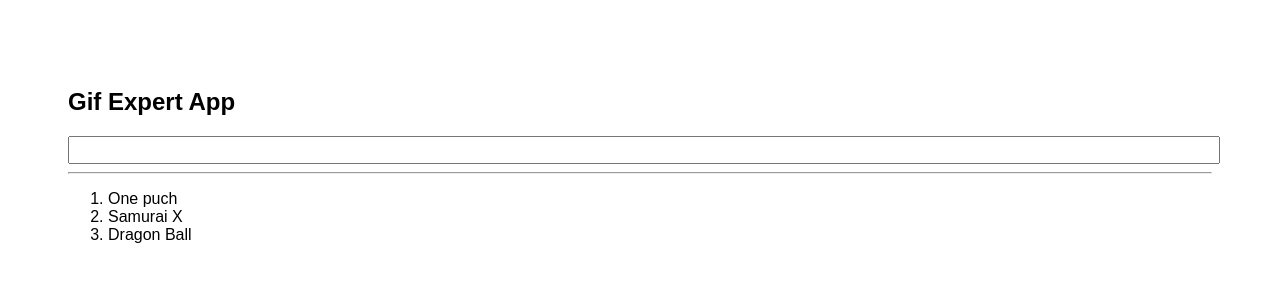
Repository: ppfeliuu/gifs-app
Page: /
These files come from the project's save history. The page is drawn as it stood at one moment and after the next save; the edit follows.
The browser window is 1280 px wide. The pictures show the whole page.
The project was rebuilt for these pictures with package versions that can differ from the ones it lists, and the page was loaded fresh each time.

Above is the page before, as saved 2021-05-26 09:41:47.

### src/index.js
import React from "react";
import ReactDOM from "react-dom";
import GifExpertApp from "./GifExpertApp";
import "./index.css";

ReactDOM.render(
  <GifExpertApp />,

  document.getElementById("root")
);

### src/GifExpertApp.js
import React, { useState } from "react";
import AddCategory from "./components/AddCategory";

export const GifExpertApp = () => {
  const [categories, setCategories] = useState([
    "One puch",
    "Samurai X",
    "Dragon Ball",
  ]);

  /* const handleAdd = () => {
    setCategories([...categories, "Hunter"]);
  }; */

  return (
    <div>
      <h2>Gif Expert App</h2>
      <AddCategory />
      <hr />

      <ol>
        {categories.map((category) => (
          <li key={category}>{category}</li>
        ))}
      </ol>
    </div>
  );
};

export default GifExpertApp;

### src/index.css
* {
  font-family: Arial, Helvetica, sans-serif;
}

body {
  padding: 60px;
}

input {
  color: grey;
  font-size: 1.2rem;
  width: 100%;
}

### src/components/AddCategory.js
import React, { useState } from "react";

const AddCategory = () => {
  const [inputValue, setInputValue] = useState("Hola");

  return (
    <>
      <input type="text" />
    </>
  );
};

export default AddCategory;

Loaded but not shown: public/index.html (common file)

After the next save:
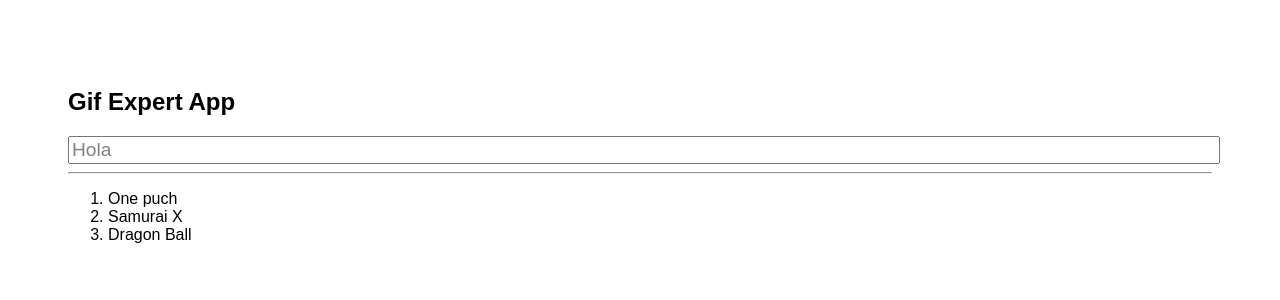
Saved 14 s later.
--- a/src/components/AddCategory.js
+++ b/src/components/AddCategory.js
@@ -5,7 +5,7 @@ const AddCategory = () => {
 
   return (
     <>
-      <input type="text" />
+      <input type="text" value={inputValue} />
     </>
   );
 };
